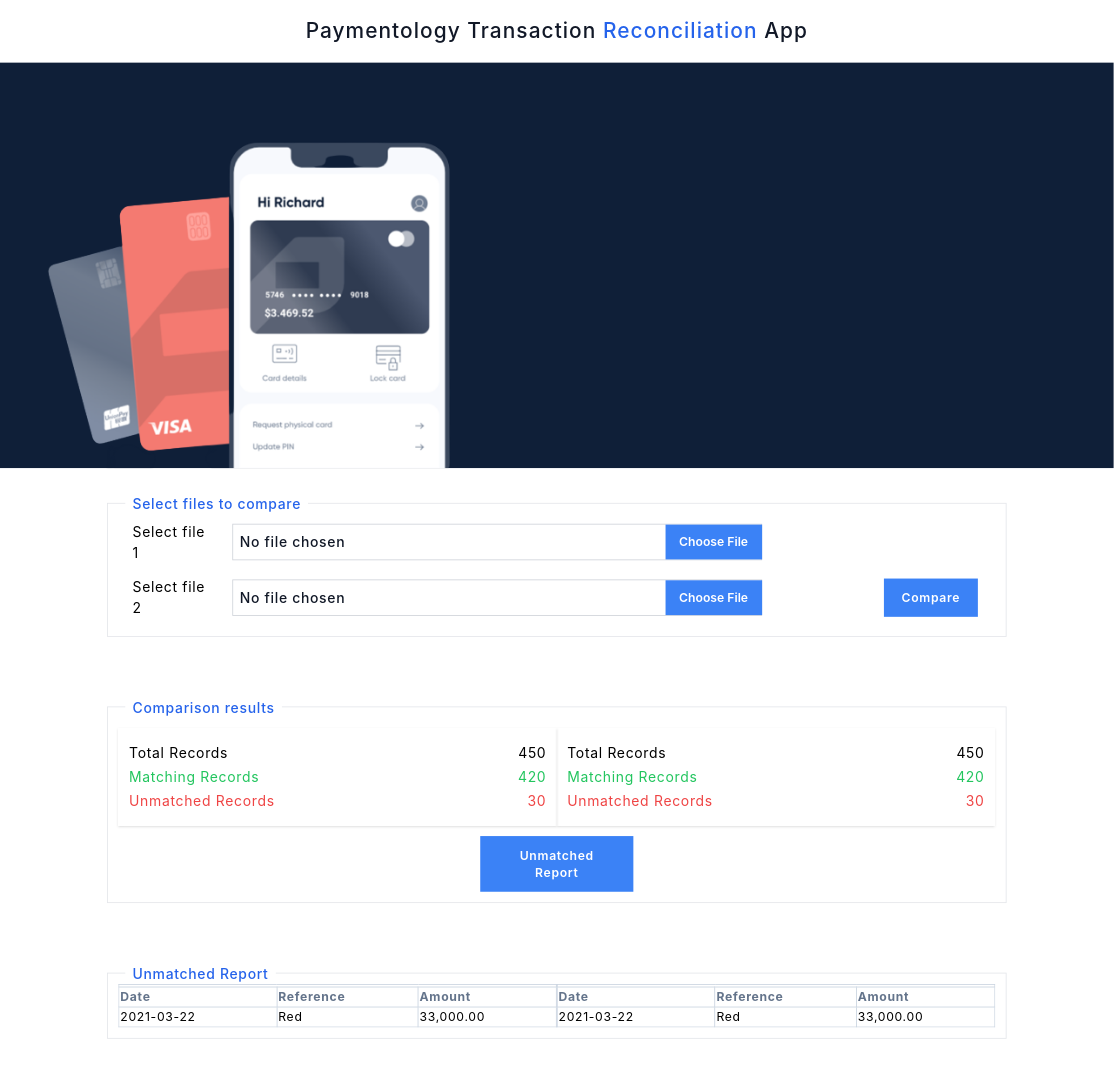
Repository: chionye/paymentology-front
Page: /
The author's editor kept a copy of each file at every save. The page is drawn from the files as they stood at one save, then again after a run of saves.
The browser window is 1280 px wide. The pictures show the whole page, at 87% of full size.
The project was rebuilt for these pictures with package versions that can differ from the ones it lists, and the page was loaded fresh each time.

Above is the page before, as saved 2022-03-20 13:27:24.

### src/index.css
@tailwind base;
@tailwind components;
@tailwind utilities;

body {
  margin: 0;
  padding:0;
  box-sizing: border-box;
  font-family: -apple-system, BlinkMacSystemFont, 'Segoe UI', 'Roboto', 'Oxygen',
    'Ubuntu', 'Cantarell', 'Fira Sans', 'Droid Sans', 'Helvetica Neue',
    sans-serif;
  -webkit-font-smoothing: antialiased;
  -moz-osx-font-smoothing: grayscale;
}

input[type=file]::file-selector-button {
  position: absolute;
  right:-5px;
  top:0;

}
input[type=file]::-ms-browse {
  position: absolute;
  right:-5px;
  top:0;
}

input[type=file]::-webkit-file-upload-button {
  position: absolute;
  right:-5px;
  top:0;
}

### src/App.js
import Banner from "./components/Banner";
import CompareFiles from "./components/CompareFiles";
import { FileProvider } from "./context/index.context";
import Results from "./components/Results";
import Report from "./components/Report";
import Title from "./components/Title";

function App() {
  return (
    <FileProvider>
      <Title />
      <Banner />
      <CompareFiles />
      <Results />
      <Report />
    </FileProvider>

  );
}

export default App;

### src/components/Banner.js
import BannerImg from "../assets/PaymentologyImg.png";

const Banner = () => {
    const style = {
        background: "#0f1f38"
    }
    return(
        <div style={style}>
            <img src={BannerImg} alt="Banner" />
        </div>
    )
}

export default Banner;

### src/components/CompareFiles.js
import Button from "./Button";
import Container from "./Container";
import InputFile from "./InputFile";
import Section from "./Section";
import { useFileContext } from "../context/index.context";

const CompareFiles = () => {
    const {file, setFile} = useFileContext();

    const saveFile_1 = e => {
        setFile({
            ...file,
            file1: e.target.files[0],
            fileName1: e.target.files[0].name
        })
    }

    const saveFile_2 = e => {
        setFile({
            ...file,
            file2: e.target.files[0],
            fileName2: e.target.files[0].name
        })
    }

    return(
        <Container>
            <Section title={"Select files to compare"}>
                <InputFile
                file={"Select file 1"}
                handleFile={saveFile_1}
                 />
                <div className="flex flex-col md:flex-row md:items-center md:justify-between">
                    <InputFile
                    file={"Select file 2"}
                    handleFile={saveFile_2}
                    />
                    <div className="my-3 md:my-0 md:mr-5">

                    <Button width={"w-full"} label={"Compare"} />
                    </div>

                </div>
            </Section>
        </Container>

    )
}

export default CompareFiles;

### src/context/index.context.js
import { createContext, useContext, useState } from "react";

const FileContext = createContext(null);

export const FileProvider = ({children}) => {
     const [file, setFile] = useState({
        file1: '',
        fileName1: '',
        file2:'',
        fileName2: ''
    });

    return(
        <FileContext.Provider value={{file, setFile}}>
            {children}
        </FileContext.Provider>
    )
}

export const useFileContext = () => useContext(FileContext);

### src/components/Results.js
import Button from "./Button";
import Container from "./Container";
import FileSummary from "./FileSummary";
import Section from "./Section";
import { useFileContext } from "../context/index.context";

const Results = () => {
    const { file } = useFileContext();
    return(
        <Container>
            <Section title={"Comparison results"}>
                <div className="flex flex-col md:flex-row md:justify-between md:items-center">
                    <FileSummary
                        fileName={file.fileName1}
                        totalRecords={450}
                        matchingRecords={420}
                        unmatchedRecords={30}
                    />
                    <FileSummary
                        fileName={file.fileName2}
                        totalRecords={450}
                        matchingRecords={420}
                        unmatchedRecords={30}
                    />
                </div>
                <div className="md:flex md:w-44 md:justify-center md:mx-auto">
                        <Button width={"w-full"} label={"Unmatched Report"} />
                </div>
            </Section>
        </Container>
    )
}

export default Results;

### src/components/Report.js
import Container from "./Container";
import Section from "./Section";
import FileReports from "./FileReports";


const Report = () => {

    return(
        <Container>
            <Section title={"Unmatched Report"}>
                <FileReports />
            </Section>
        </Container>
    )
}

export default Report;

### src/components/Title.js
import Container from "./Container"

const Title = () => {
    return(
        <Container>
            <div className="md:w-5/6 mx-auto">
                <h1 className="font-medium tracking-wider text-center  leading-loose text-xl md:text-2xl text-gray-900">Paymentology Transaction <span className="text-blue-600">Reconciliation</span> App</h1>

            </div>
        </Container>
    )
}

export default Title;

### src/components/Button.js
const Button = (props) => {

    return <button className={`${props.width} bg-blue-500 hover:bg-blue-700 py-3 px-5 text-sm text-white font-semibold`} disabled={true}>{props.label}</button>
}

export default Button;

### src/components/Container.js
const Container = (props) => {

    return <div className="p-5 mx-auto">{props.children}</div>
}
export default Container;

### src/components/InputFile.js


const InputFile = (props) => {


    return(
        <div className="flex flex-col md:flex-row w-full md:w-3/4 md:items-center md:justify-between text-sm md:text-base tracking-wider my-2 md:px-4">
            <label className="w-28 ">{props.file}</label>
            <div className="w-full border border-1 border-gray-300 py-2.5 sm:py-2 relative md:ml-5">
                <input type="file"
                        className="block
                        font-medium
                        tracking-wider
                        w-full
                        pl-2
                        appearance-none
                        text-gray-900
                        file:py-2.5
                        file:px-4
                        file:border-0
                        file:text-sm
                        file:font-semibold
                        file:bg-blue-500
                        hover:file:bg-blue-700
                        file:text-white"
                        onChange={props.handleFile}
                    />
            </div>

        </div>
    )
}

export default InputFile;

### src/components/Section.js

const Section = (props) => {
    return(
        <div className="relative md:w-5/6  h-auto p-3 border border-1 border-gray mx-auto my-5 tracking-wider">
            <div className="absolute font-medium -top-3 left-1 md:left-5 bg-white  text-blue-600 px-2">{props.title}</div>
            {props.children}
        </div>
    )
}

export default Section;

### src/components/FileSummary.js
const FileSummary = (props) => {
    return(
        <div className="shadow text-sm md:text-base p-3 my-3 w-full md:w-1/2  max-w-lg tracking-wider ">
            <div className="font-semibold text-xl">{props.fileName}</div>
            <div className="flex flex-row justify-between my-1">
                <span>Total Records</span>
                <span>{props.totalRecords}</span>
            </div>
            <div className="flex flex-row justify-between my-1 text-green-500">
                <span>Matching Records</span>
                <span>{props.matchingRecords}</span>
            </div>
            <div className="flex flex-row justify-between my-1 text-red-500">
                <span>Unmatched Records</span>
                <span>{props.unmatchedRecords}</span>
            </div>
        </div>
    )
}

export default FileSummary;

### src/components/FileReports.js
import { useFileContext } from "../context/index.context";
import FileReport from './FileReport';

const FileReports = () => {
    const {file} = useFileContext();

    return(
        <div className="w-full overflow-x-scroll flex flex-row">
            <FileReport
                fileName={file.fileName1}
                date={'2021-03-22'}
                reference={'Red'}
                amount={'33,000.00'}
            />
            <FileReport
                fileName={file.fileName2}
                date={'2021-03-22'}
                reference={'Red'}
                amount={'33,000.00'}
            />
        </div>

    )
}

export default FileReports;

### src/components/FileReport.js
const FileReport = (props) => {
    return(
        <table className="w-full border-collapse border-gray-300 text-sm">
            <thead>
                <tr className="text-left">
                    <th className="font-medium text-base border border-slate-300" colSpan={3} >{props.fileName}</th>
                </tr>
                <tr className="text-left text-slate-500">
                    <th className="border border-slate-300">Date</th>
                    <th className="border border-slate-300">Reference</th>
                    <th className="border border-slate-300">Amount</th>
                </tr>
            </thead>
            <tbody>
                <tr>
                    <td className="border border-slate-300">{props.date}</td>
                    <td className="border border-slate-300">{props.reference}</td>
                    <td className="border border-slate-300">{props.amount}</td>
                </tr>
            </tbody>
        </table>
    )
}

export default FileReport;

Loaded but not shown: public/index.html (common file); src/index.js (common file); src/reportWebVitals.js (common file); tailwind.config.js (common file)

After the next 2 saves:
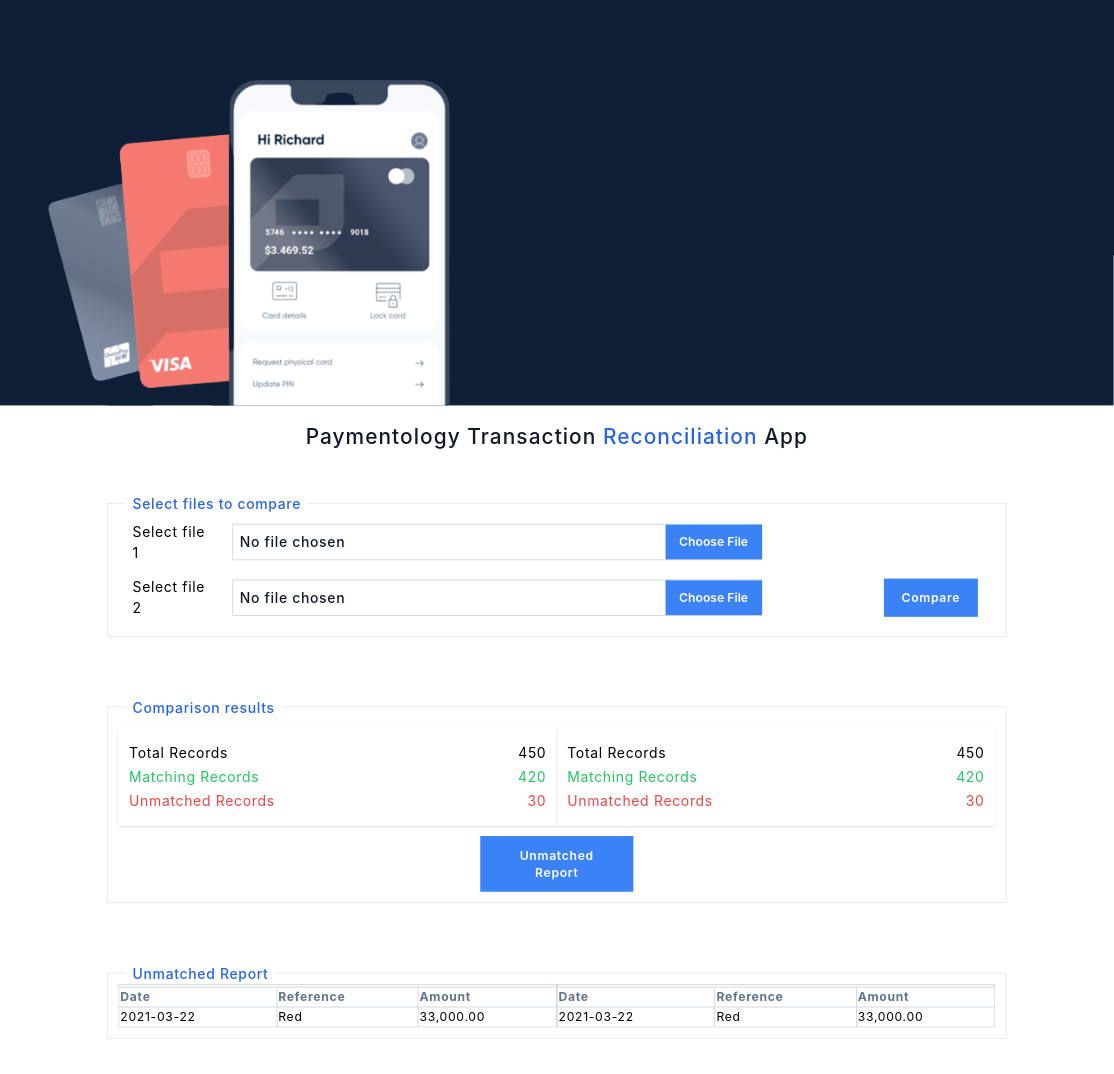
The 2 saves are shown as one change because they came seconds apart.
The last was saved 5 min 49 s later.
--- a/src/App.js
+++ b/src/App.js
@@ -8,8 +8,9 @@ import Title from "./components/Title";
 function App() {
   return (
     <FileProvider>
+      <Banner />
       <Title />
-      <Banner />
+
       <CompareFiles />
       <Results />
       <Report />
